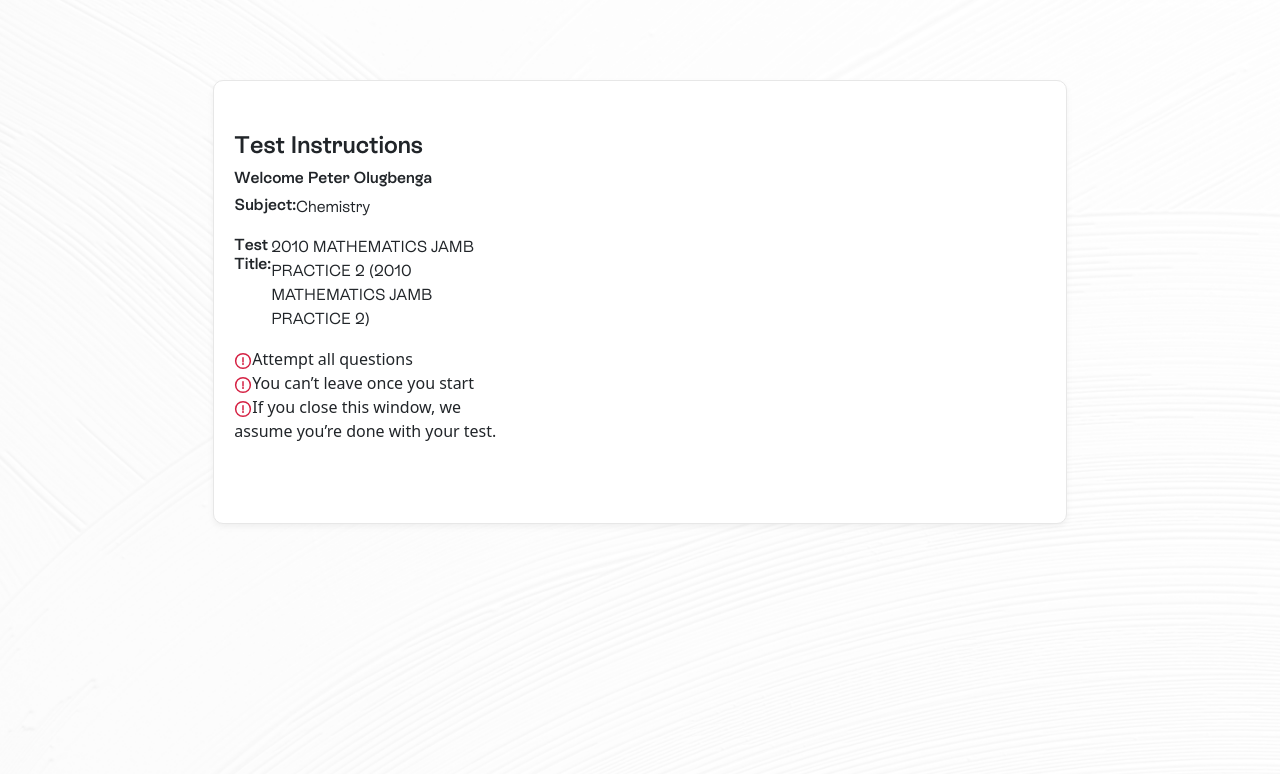
Repository: sarahnnanyelugo/educare-cbt
Page: /test-instructions
An editor plug-in stored every save of this project. The page is shown before and after the next save, followed by the edit.
The browser window is 1280 px wide. The pictures show the whole page.
The project was rebuilt for these pictures with package versions that can differ from the ones it lists, and the page was loaded fresh each time. Also part of the build but not shown: src/components/Form/Form.js, src/pages/AuthenticationPage/auth.scss, src/pages/AuthenticationPage/AuthenticationPage.js, src/components/Exams/exams.scss, src/components/TestModal/test-modal.scss, src/components/TestModal/TestModal.js, src/components/Exams/Exams.js, src/TestData/examsData.js and 3 more. Imported but missing from the stored project, and not drawn on this page: src/components/Form/Password, src/components/GoogleButton/GoogleButton.

Above is the page before, as saved 2023-11-05 03:25:14.

### src/App.js
import logo from "./logo.svg";
import "./App.css";
import "bootstrap/dist/css/bootstrap.min.css";
import { BrowserRouter, Routes, Route, Link, Outlet } from "react-router-dom";
import { AuthenticationPage } from "./pages/AuthenticationPage/AuthenticationPage";
import { Home } from "./pages/Home/Home";
import ScrollToTop from "./components/scrollToTop";
import { Navbar } from "./components/Navbar/Navbar";
import { TestInstructions } from "./pages/TestInstructions/TestInstructions";
function App() {
  return (
    <>
      <ScrollToTop />
      <Navbar />
      <Routes>
        <Route path="/" element={<AuthenticationPage />} />{" "}
        <Route path="home" element={<Home />} />{" "}
        <Route path="test-instructions" element={<TestInstructions />} />{" "}
      </Routes>
    </>
  );
}

export default App;

### src/App.css
@font-face {
  font-family: rebondG;
  src: url(./assets/fonts/Rebond_font/RebondG.otf);
}
@font-face {
  font-family: rebondG-Bold;
  src: url(./assets/fonts/Rebond_font/RebondG-Bold.otf);
}
@font-face {
  font-family: rebondG-Semi-Bold;
  src: url(./assets/fonts/Rebond_font/Rebond-semibold.otf);
}
@font-face {
  font-family: rebondG-Medium;
  src: url(./assets/fonts/Rebond_font/RebondGrotesqueMedium.otf);
}
@font-face {
  font-family: rebondBook;
  src: url(./assets/fonts/Rebond_font/RebondG-Book.ttf);
}

h1,
h2,
h3,
h4,
h5,
h6 {
  font-family: rebondG-Semi-Bold;
}

p {
  font-family: rebondBook;
  font-size: 16px;
}
small {
  font-family: rebondBook;
}
button {
  font-family: rebondG-Semi-Bold;
}
@media screen and (min-width: 620px) {
  .flexy {
    display: flex;
  }
}
@media screen and (max-width: 620px) {
  .flexyM {
    display: flex;
  }
}

### src/components/Navbar/Navbar.js
import React, { useEffect, useRef, useState } from "react";
import "./navbar.scss";
import Logo from "../../assets/images/logo.png";
import { Link, NavLink } from "react-router-dom";
import { useLocation } from "react-router-dom";

export const Navbar = () => {
  const location = useLocation();
  const prevUrlRef = useRef(null);
  const [showNav, setShowNav] = useState(true);
  useEffect(() => {
    const currentUrl = window.location.pathname;
    if (prevUrlRef.current !== currentUrl) {
      prevUrlRef.current = currentUrl;
      console.log(currentUrl);
      setTimeout(() => {
        switch (currentUrl) {
          case "/":
            setShowNav(false);
            break;
          case "/test-instructions":
            setShowNav(false);
            break;

          default:
            setShowNav(true);
            break;
        }
        localStorage.setItem("showNav", showNav);
      }, 200);
    }
  });
  return (
    <div className={`nav-container flexy ${showNav ? "" : "hide"} `}>
      <div className="logo-holder  col-md-1 flexy ">
        {" "}
        <Link to={"/"}>
          {" "}
          <img className="   logo" src={Logo} alt="Scholar" width="50%" />
        </Link>
      </div>
      <div className="flexy navs">
        <NavLink activeclassName="active" className="navlinks" to={"/home"}>
          <button> Home</button>
        </NavLink>{" "}
        <NavLink
          activeclassName="active"
          className="navlinks"
          to={"/test-analysis"}
        >
          <button> Test Analysis</button>
        </NavLink>{" "}
        <NavLink activeclassName="active" className="navlinks" to={"/wallet"}>
          <button> Wallet</button>
        </NavLink>
      </div>
    </div>
  );
};

### src/pages/TestInstructions/TestInstructions.js
import React from "react";
import "./test-instructions.scss";
import Alert from "../../assets/images/alert.svg";

export const TestInstructions = () => {
  return (
    <div className="test-instructions-div">
      <div className="col-md-8 offset-md-2 instructions">
        <div className="title-div">
          {" "}
          <h4>Test Instructions</h4>
        </div>
        <div className="flexy">
          <div className="col-md-4">
            <h6>Welcome Peter Olugbenga</h6>
            <div className="flexy flexyM">
              {" "}
              <h6>Subject:</h6>
              <p>Chemistry</p>
            </div>
            <div className="flexy flexyM">
              <h6>Test Title:</h6>
              <p>
                2010 MATHEMATICS JAMB PRACTICE 2 (2010 MATHEMATICS JAMB PRACTICE
                2)
              </p>
            </div>
            <ul className="list-unstyled">
              <li>
                <img src={Alert} alt="logo" width="18px" height="18px" />
                Attempt all questions
              </li>
              <li>
                {" "}
                <img src={Alert} alt="logo" width="18px" height="18px" />
                You can’t leave once you start
              </li>
              <li>
                <img src={Alert} alt="logo" width="18px" height="18px" />
                If you close this window, we assume you’re done with your test.
              </li>
            </ul>
          </div>
        </div>
      </div>
    </div>
  );
};

### src/components/Navbar/navbar.scss
.nav-container {
  padding: 5px 60px;
  box-shadow: 0px 3px 6px #00000029;
  background: #fff;
  .logo-holder {
    flex-grow: 1;
  }
  .navs {
    flex-grow: 1;
    .navlinks {
      button {
        margin: 0 10px;
        padding: 5px 13px;
        border: none;
        color: #000;
        margin-top: 10px;
        text-decoration: none;
        font-size: 14px;
        border-radius: 100px;
        background: #fff;
        font-family: rebondG-Medium;
      }
    }
  }
}
.active {
  button {
    color: #2f67d8 !important;
    background: #c7d8fa !important;
  }
}

### src/pages/TestInstructions/test-instructions.scss
.test-instructions-div {
  padding-top: 80px;
  padding-bottom: 250px;
  background: url("../../assets/images/brush-bg.png");
  background-size: cover;
  background-repeat: no-repeat;
  //   background-position: center;
  .instructions {
    border: 1px solid #e7e7e7;
    box-shadow: 0px 3px 6px #0000000d;
    border-radius: 10px;
    height: 444px;
    background: #fff;
    padding: 50px 20px;
  }
}

### src/components/Form/form.scss
@import "../../variables";
@import "../../shared-styles";

.form-container {
  border: solid 1px rgb(255, 255, 255);
  border-radius: 15px;
  box-shadow: 0 0 1px 1px rgb(221, 221, 221);
  padding: 30px 20px 50px 20px;
  background: #fff;
  .or {
    .bodda {
      border-top: solid 1px #efefef;
      margin-top: 30px;
    }
    p {
      margin-top: 15px;
    }
  }
  .form-heading {
    color: #161617;
    font-size: 16px;
  }
}

.form {
  width: 100%;
  position: relative;
  height: fit-content;
  overflow: hidden;
}

.form input {
  width: 100%;
  height: 100%;
  color: #191919;
  padding-top: 10px;
  padding-bottom: 10px;
  padding-left: 20px;
  border-radius: 10px;
  height: 40px;
  margin-top: 20px;
  border: solid 1px #e7e7e7;
  background: #fff;
  font-family: rebondG-Semi-Bold;
}
.form label {
  position: absolute;
  bottom: 4px;
  left: 20px;
  width: 100%;
  height: 100%;
  font-size: 12px;
  font-family: rebondG;
  color: #161617;
  pointer-events: none;
}
.form label::after {
  content: "";
  position: absolute;
  bottom: -1px;
  left: 0px;
  width: 100%;
  height: 100%;
  transform: translateX(-100%);
  transition: all 0.3s ease;
}

.content-name {
  position: absolute;
  bottom: 0px;
  left: 0px;
  padding-bottom: 5px;
  transition: all 0.3s ease;
}
.form input:focus {
  outline: none;
}
.form input:focus + .label-name .content-name,
.form input:valid + .label-name .content-name {
  transform: translateY(-100%);
  font-size: 8px;
  left: 0px;
  color: black;
}
.form input:focus + .label-name::after,
.form input:valid + .label-name::after {
  transform: translateX(0%);
}
.password-input {
  input {
    border: solid 1px #edecec !important;
    padding: 9px 5px;
    border-radius: 10px;
    background: #fff !important;
    width: 100% !important;
    height: 40px;
  }
  img {
    margin-left: -35px;
    border-right: solid 1px rgb(226, 220, 220) !important;
    border-radius: 7px;
    @media screen and (max-width: 620px) {
      margin-left: -18px;
    }
  }
}
.formButton {
  color: #fff;
  border: none;
  padding: 10px 0;
  border-radius: 35px;
  margin-top: 30px;
  width: 100%;
  font-size: 16px !important;
  font-weight: bold !important;
  font-family: rebondG-Medium;
  background: #2f67d8;
  &:hover {
    background: #1e4ba7;
    transition: 0.5 ease;
  }
  @media screen and (max-width: 620px) {
  }
}
.css-qbdosj-Input {
  padding: 6px 5px !important;
}
.css-13cymwt-control {
  border-radius: 10px !important;
  height: 40px !important;
  border: solid 1px rgb(236, 233, 233) !important;
}
//////////////////////////////////////////////////////////////////////////////////////////

.formpassword {
  width: 100%;
  position: relative;
  height: fit-content;
  overflow: hidden;
}

.formpassword input {
  width: 100%;
  height: 100%;
  color: #191919;
  padding-top: 10px;
  padding-bottom: 10px;
  padding-left: 20px;
  border-radius: 10px;
  height: 40px;
  margin-top: 20px;
  border: solid 1px #e7e7e7;
  background: #fff;
  font-family: rebondG-Semi-Bold;
}
.formpassword label {
  position: absolute;
  bottom: 4px;
  left: 20px;
  width: 100%;
  height: 100%;
  font-size: 12px;
  font-family: rebondG;
  color: #161617;
  pointer-events: none;
}
.formpassword label::after {
  content: "";
  position: absolute;
  bottom: -1px;
  left: 0px;
  width: 100%;
  height: 100%;
  transform: translateX(-100%);
  transition: all 0.3s ease;
}

.content-name {
  position: absolute;
  bottom: 0px;
  left: 0px;
  padding-bottom: 5px;
  transition: all 0.3s ease;
}
.formpassword input:focus {
  outline: none;
}
.formpassword input:focus + .label-name .content-name,
.formpassword input:valid + .label-name .content-name {
  transform: translateY(-100%);
  font-size: 8px;
  left: 0px;
  color: black;
}
.formpassword input:focus + .label-name::after,
.formpassword input:valid + .label-name::after {
  transform: translateX(0%);
}
.css-1jqq78o-placeholder {
  font-family: rebondBook !important;
  color: #161617 !important;
  font-size: 12px !important;
  font-family: rebondBook !important ;
}
.PhoneInputCountry {
  background: #fff !important;
}
.hide {
  display: none;
}
.show {
  display: block;
}

### src/_variables.scss
$blue: #0098da;
$lightblue: #e1f2fa;
$purple: #5044b2;
@mixin get-started-button {
  color: #fff;
  border-radius: 35px;
  border: solid 1px #414244;
  padding: 8px 20px;
  font-size: 14px;
  font-family: rebondG-Semi-Bold;

  // &:hover {
  //   background: #30266b;
  //   transition: 0.5s ease;
  // }
}
@mixin main-btn {
  background: #2f67d8 !important;
  color: #fff;
  border-radius: 100px;
  // padding: 8px 20px;
  width: 91px;
  height: 36px;
  font-size: 14px;
  border: solid 1px #414244;
  font-family: rebondG-Semi-Bold;

  &:hover {
    background: #1e4ba7 !important;
    transition: 0.5s ease;
  }
}

### src/_shared-styles.scss
.mt1 {
  margin-top: 10px;
}
.mt2 {
  margin-top: 20px;
}
.mt3 {
  margin-top: 30px;
}
.mt4 {
  margin-top: 40px;
}
.mt5 {
  margin-top: 50px;
}
.mt6 {
  margin-top: 60px;
}
.mt7 {
  margin-top: 70px;
}
.mt8 {
  margin-top: 80px;
}
.mt9 {
  margin-top: 90px;
}
.mt {
  margin-top: 140px;
}
.mtt {
  margin-top: 200px;
}
.bb {
  border-bottom: solid 1px rgb(233, 229, 229);
}
.bt {
  border-top: solid 1px rgb(233, 229, 229);
}
.pd {
  padding: 80px 0;
}
.br {
  border-right: solid 1px rgb(233, 229, 229);
}
.no-m {
  @media screen and (max-width: 620px) {
    margin: 0 !important;
  }
}
.ml {
  margin-left: 10px;
}
.ml4 {
  margin-left: 40px;
}
.ml3 {
  margin-left: 30px;
}

.features-link {
  color: #191919;
  text-decoration: none;
  &:hover {
    color: #191919;
  }
}

.mb5 {
  margin-bottom: 50px;
}
.mb4 {
  margin-bottom: 40px;
}

.no-margin {
  @media screen and (max-width: 620px) {
    margin-top: 0px !important;
    text-align: center;
  }
}
.grad2 {
  background: rgb(255, 255, 255);
  background: linear-gradient(
    180deg,
    rgba(255, 255, 255, 1) 28%,
    rgba(240, 240, 240, 1) 48%,
    rgba(255, 255, 255, 1) 75%
  );
}
.dn {
  @media screen and (max-width: 620px) {
    display: none;
  }
}
.dnW {
  @media screen and (min-width: 620px) {
    display: none;
  }
}
.dnM {
  @media screen and (max-width: 620px) {
    display: none;
  }
}
.img-resolv {
  width: 90%;
  @media screen and (max-width: 620px) {
    width: 100%;
  }
}
.link {
  font-size: 12px;
  text-decoration: none;
  color: #000;
  font-family: rebondG-Semi-Bold;
  margin-bottom: 0 !important;
}
.link2 {
  font-size: 12px;
  text-decoration: none;
  color: #2f67d8;
  font-family: rebondG-Semi-Bold;
}

Loaded but not shown: public/index.html (common file); src/index.js (common file); src/index.css (common file); src/reportWebVitals.js (common file); src/components/scrollToTop.js (common file)

After the next save:
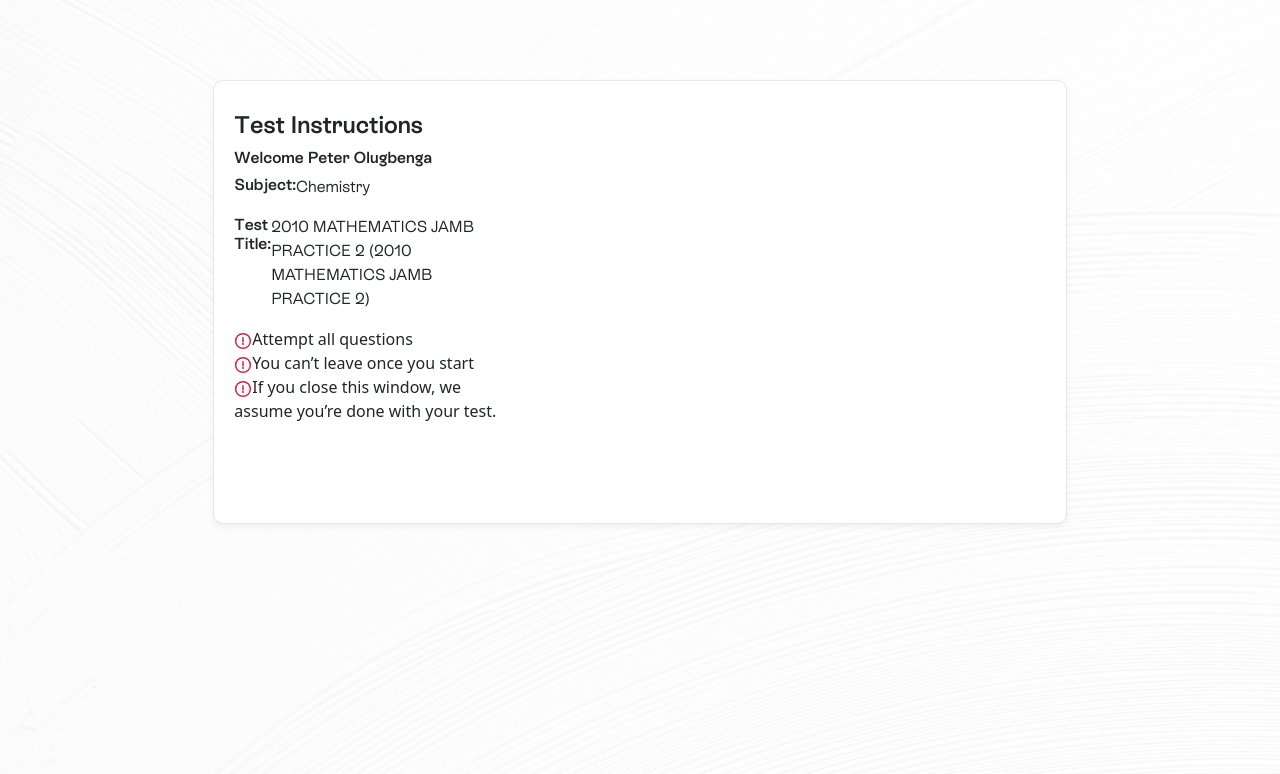
Saved 11 s later.
--- a/src/pages/TestInstructions/test-instructions.scss
+++ b/src/pages/TestInstructions/test-instructions.scss
@@ -11,6 +11,6 @@
     border-radius: 10px;
     height: 444px;
     background: #fff;
-    padding: 50px 20px;
+    padding: 30px 20px;
   }
 }
